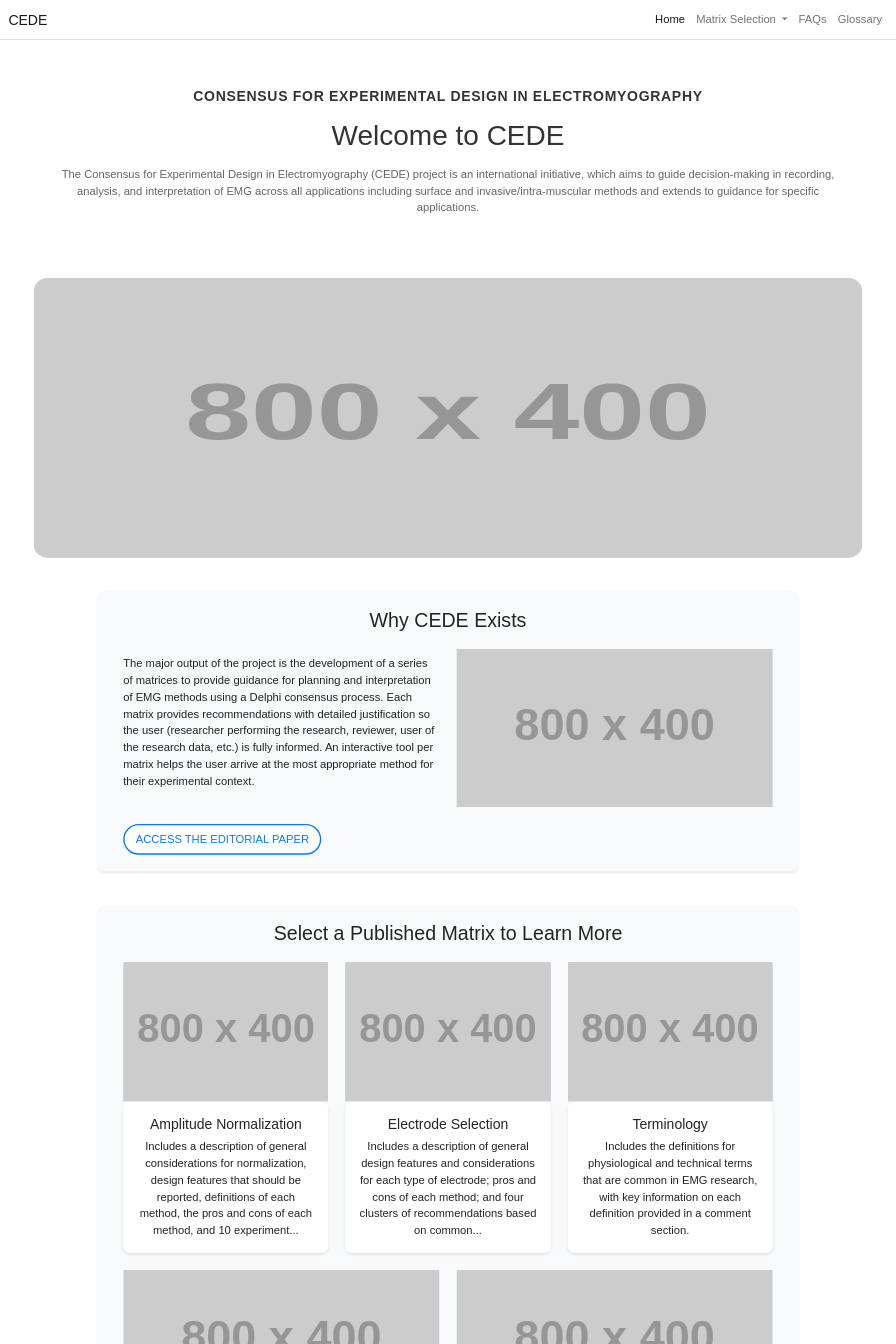
Repository: devashrisamani/CEDE-Website
Page: website/index.html
These files come from the project's save history. The page is drawn as it stood at one moment and after the next save; the edit follows.
The browser window is 1280 px wide. The pictures show the part of the page from y = 0 to 1920 px (the page is 2757 px tall before and 2777 px after), at 70% of full size.

Above is the page before, as saved 2024-09-06 16:00:34.

After the next save:
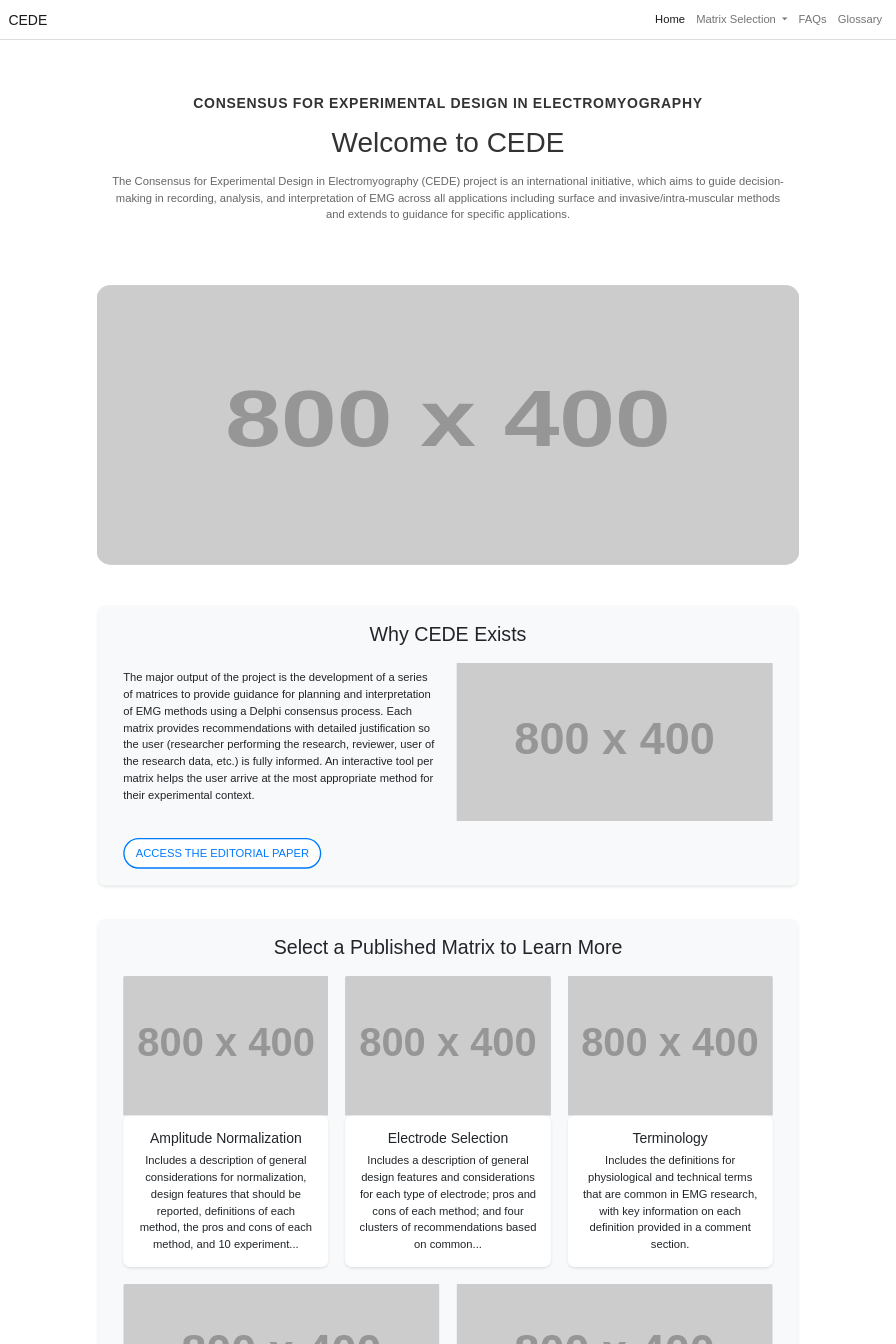
Saved 12 min 2 s later.
--- a/website/index.html
+++ b/website/index.html
@@ -23,7 +23,7 @@
       header p {
         color: #666;
       }
-      */ .welcome-section {
+      .welcome-section {
         text-align: center;
         margin: 0 auto;
         max-width: 1100px;
